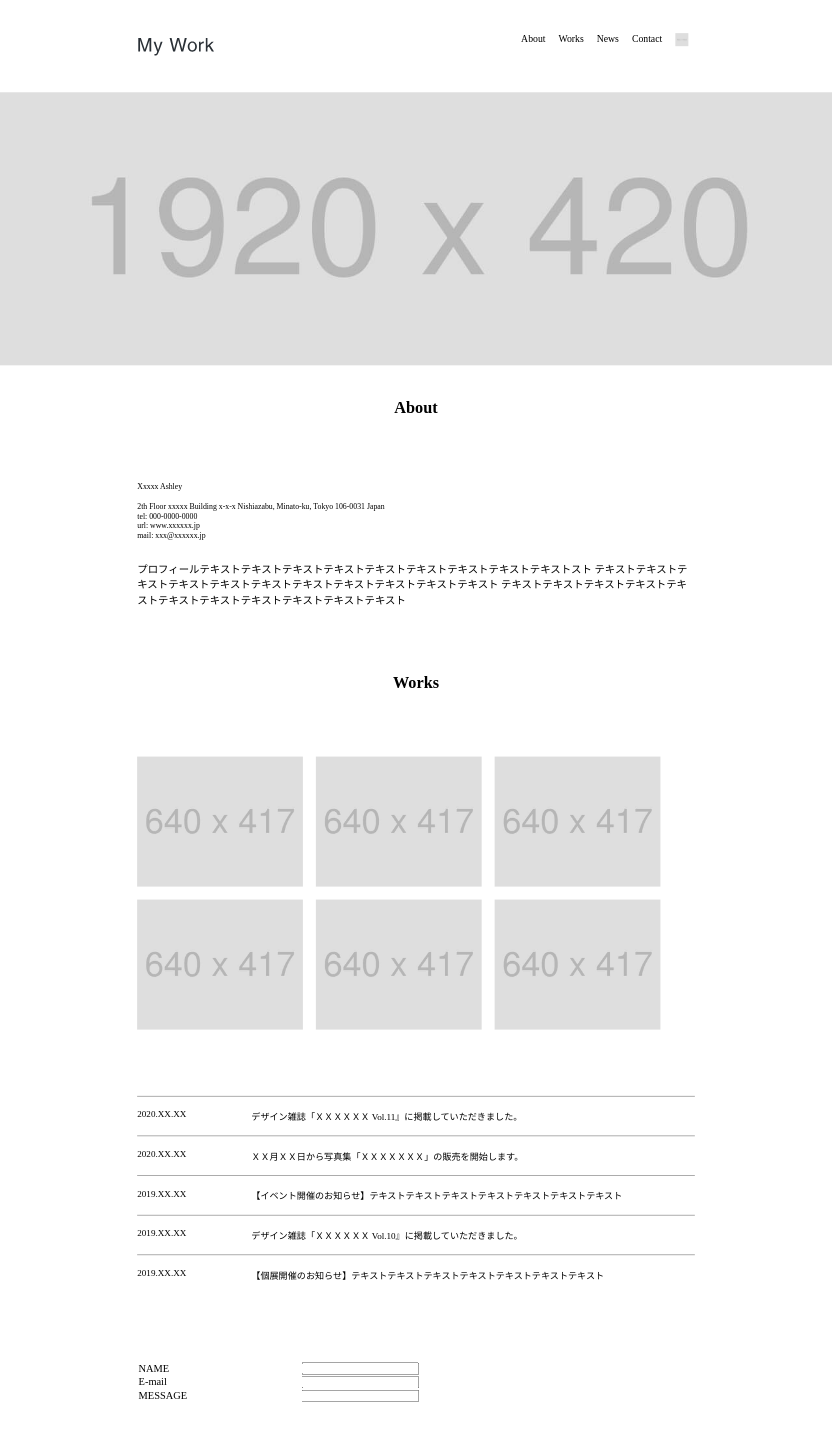
Repository: n19880405nick/challenge
Page: Codestep/My work/mywork.html
The author's editor kept a record of every edit. The page is drawn from the files as they stood at one moment, then again after the next edit.
The browser window is 1280 px wide. The pictures show the whole page, at 65% of full size.

Above is the page before.

After the next edit:
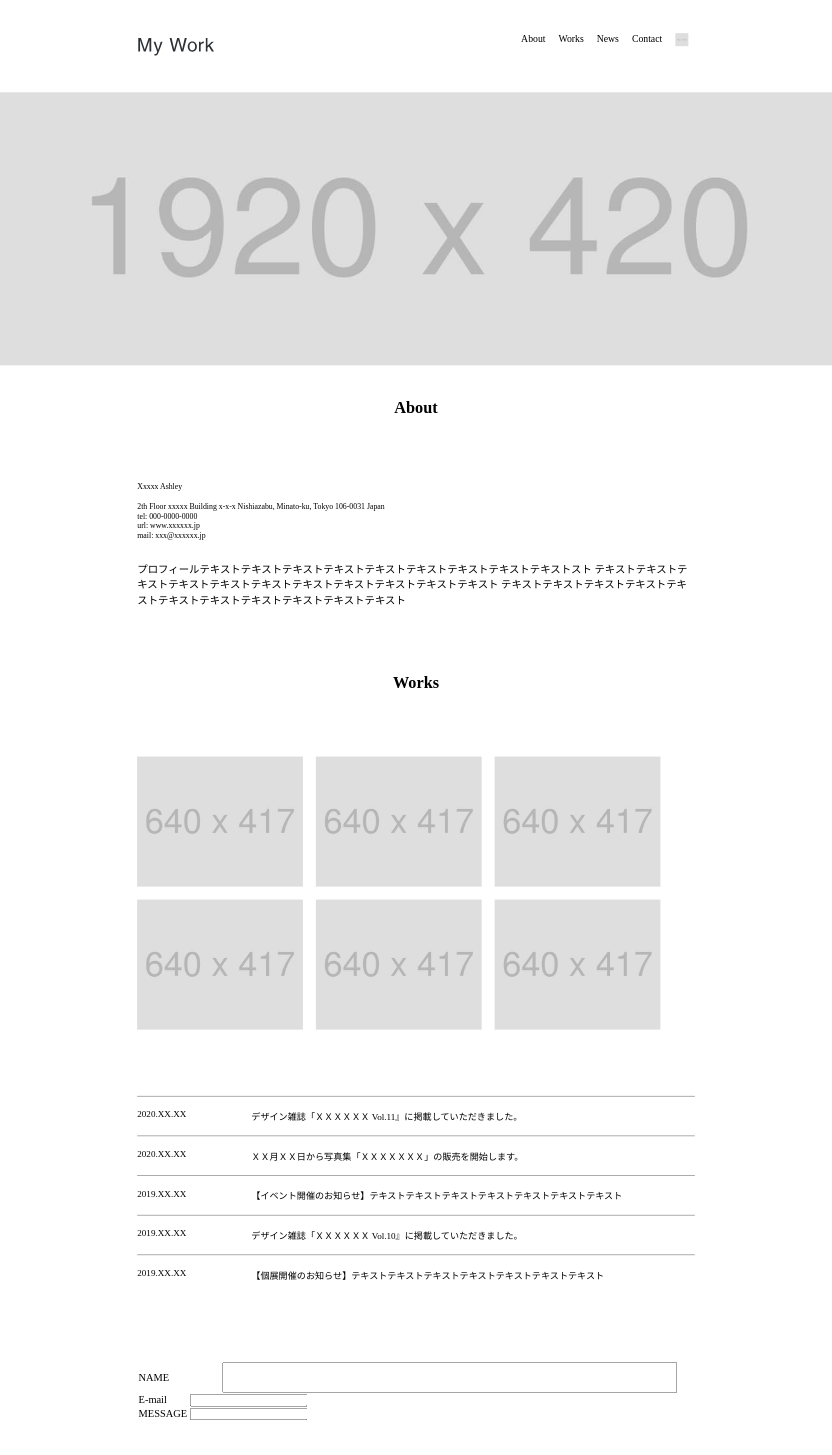
The edit:
--- a/Codestep/My work/mywork.html
+++ b/Codestep/My work/mywork.html
@@ -85,7 +85,7 @@
             <tr>
               <td>NAME</td>
               <td>
-                <input type="text">
+                <input type="text" class="contact-name">
               </td>
             </tr>
             <tr>
